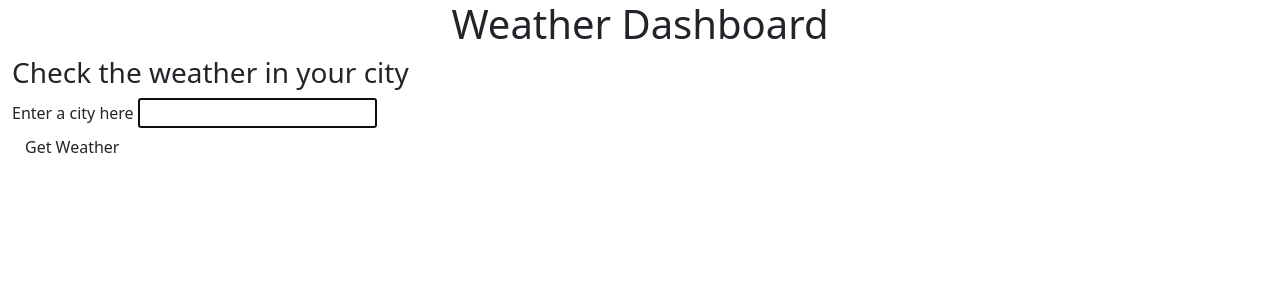
Repository: Naomilounsbury/weather-dashboard
Page: index.html
The author's editor kept a copy of each file at every save. The page is drawn from the files as they stood at one save, then again after the next save.
The browser window is 1280 px wide. The pictures show the whole page.
Some web libraries are served in a nearby version.

Above is the page before, as saved 2021-12-10 14:18:23.

After the next save:
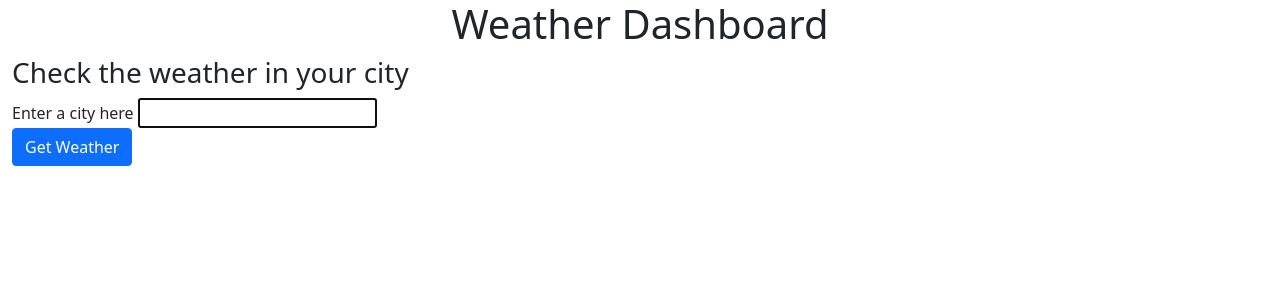
Saved 24 min 39 s later.
--- a/index.html
+++ b/index.html
@@ -12,7 +12,7 @@
 
 <body>
     <div class="container-fluid">
-        <h1 class="row justify-content-center bg-$blue200">
+        <h1 class="row justify-content-center bg">
             Weather Dashboard
         </h1>
         <div class="row">
@@ -21,7 +21,7 @@
                 <form id="weather-form">
                     <label class="freaken-label" for="city">Enter a city here</label>
                     <input name="city" class="city-name" type="text" autofocus="true">
-                    <button type="submit" class="btn">
+                    <button type="submit" class="btn btn-primary">
                         Get Weather
                     </button>
                 </form>
